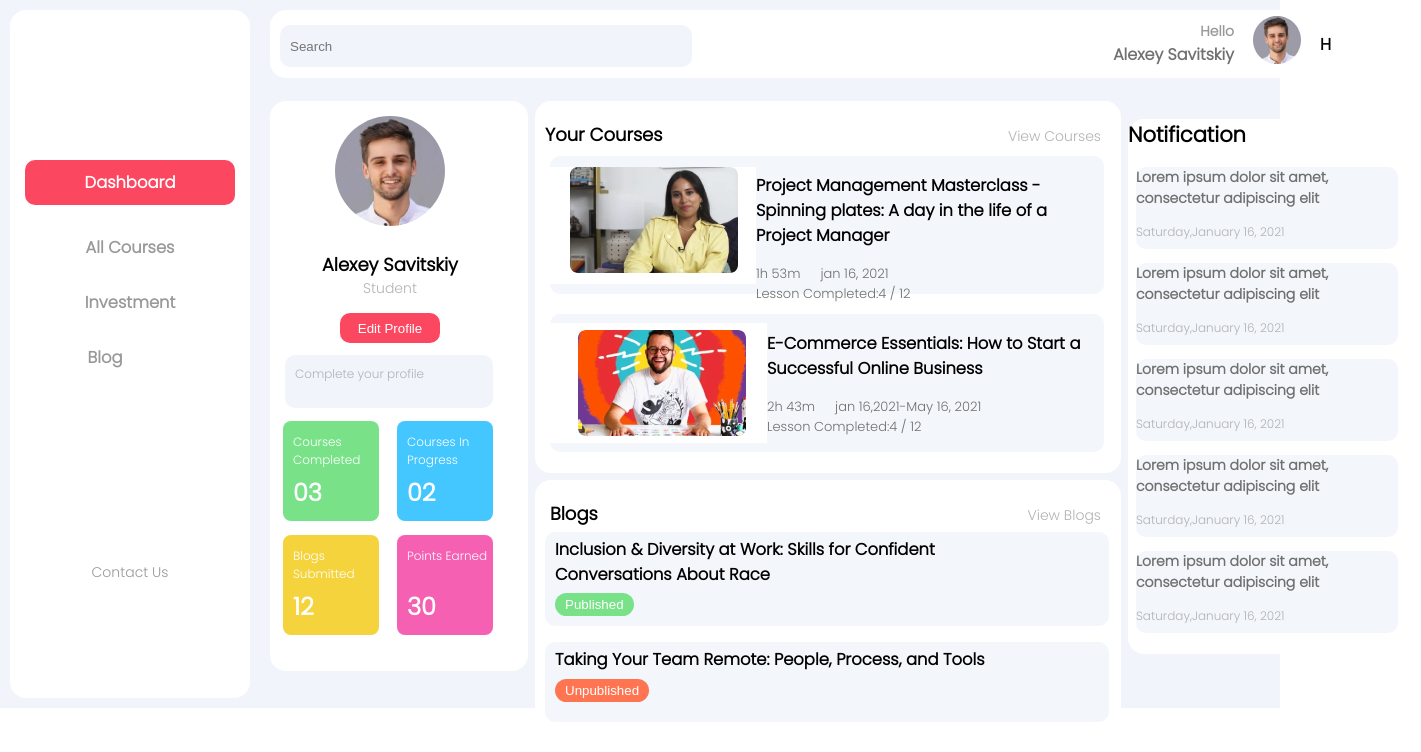
Repository: Anuruddha00/dashboard-design
Page: /
The author's editor kept a copy of each file at every save. The page is drawn from the files as they stood at one save, then again after the next save.
The browser window is 1280 px wide. The page is 1421 px wide, so the pictures cover 1421 px, including what lies to the right of the window. The pictures show the whole page.
The project was rebuilt for these pictures with package versions that can differ from the ones it lists, and the page was loaded fresh each time.

Above is the page before, as saved 2021-05-07 23:48:27.

### public/index.html
<!DOCTYPE html>
<html lang="en">
  <head>
    <meta charset="utf-8" />
    <link rel="icon" href="%PUBLIC_URL%/favicon.ico" />
    <meta name="viewport" content="width=device-width, initial-scale=1" />
    <meta name="theme-color" content="#000000" />
    <meta
      name="description"
      content="Web site created using create-react-app"
    />
    <link rel="apple-touch-icon" href="%PUBLIC_URL%/logo192.png" />

    <link rel="preconnect" href="https://fonts.gstatic.com">
    <link href="https://fonts.googleapis.com/css2?family=Poppins:wght@300&display=swap" rel="stylesheet">

    <!--
      manifest.json provides metadata used when your web app is installed on a
      user's mobile device or desktop. See https://developers.google.com/web/fundamentals/web-app-manifest/
    -->
    <link rel="manifest" href="%PUBLIC_URL%/manifest.json" />
    <!--
      Notice the use of %PUBLIC_URL% in the tags above.
      It will be replaced with the URL of the `public` folder during the build.
      Only files inside the `public` folder can be referenced from the HTML.

      Unlike "/favicon.ico" or "favicon.ico", "%PUBLIC_URL%/favicon.ico" will
      work correctly both with client-side routing and a non-root public URL.
      Learn how to configure a non-root public URL by running `npm run build`.
    -->
    <title>React App</title>
  </head>
  <body>
    <noscript>You need to enable JavaScript to run this app.</noscript>
    <div id="root"></div>
    <!--
      This HTML file is a template.
      If you open it directly in the browser, you will see an empty page.

      You can add webfonts, meta tags, or analytics to this file.
      The build step will place the bundled scripts into the <body> tag.

      To begin the development, run `npm start` or `yarn start`.
      To create a production bundle, use `npm run build` or `yarn build`.
    -->
  </body>
</html>

### src/index.js
import React from 'react';
import ReactDOM from 'react-dom';
import Dashboard from './containers/Dashboard/Dashboard';
import reportWebVitals from './reportWebVitals';

ReactDOM.render(
  <React.StrictMode>
    <Dashboard />
  </React.StrictMode>,
  document.getElementById('root')
);

// If you want to start measuring performance in your app, pass a function
// to log results (for example: reportWebVitals(console.log))
// or send to an analytics endpoint. Learn more: https://bit.ly/CRA-vitals
reportWebVitals();

### src/containers/Dashboard/Dashboard.scss

body{
    margin: 0;
    padding: 0;
    font-size: 0.875rem;
    font-family: 'Poppins', sans-serif;

}

.container{
    background: #f1f5fb;
    height: 100%;
    width: 100%;

    .dashboard{
        display: grid;
        grid-template-columns: 1fr 1fr;

        &SideBar{
            grid-column: 1;
            grid-row: 1 / 6;
            border-radius: 16px;
            background: #ffffff;
            margin: 10px;
            height: 688px;
            width: 240px;

            &Title{
                margin-top: 150px;
                font-size: 14px;

                &Dashboard{
                    background:#fc4760;
                    border-radius: 10px;
                    text-align: center;
                    padding: 10px 10px 10px 10px;
                    margin: 10px 15px 10px 15px;
                    color: #ffffff;

                }
                &Courses{
                    text-align: center;
                    margin-top: 30px;
                    color: #9a9999;
                }
                &Investment{
                    text-align: center;
                    margin-top: 30px;
                    color: #9a9999;
                }
                &Blog{
                    text-align: center;
                    margin-top: 30px;
                    margin-right: 50px;
                    color: #9a9999;
                }
            }
            &Contact{
                margin-top: 80%;

                p{
                    text-align: center;
                    color: #9a9999;
                    font-size: 14px;
                }

            }
        }
        &Menu{
            grid-column: 2;
            grid-row: 1 / 6;
            margin: 10px;

            .content{
                display: grid;
                grid-template-rows:1fr 7fr ;
                gap:10px;

                &Navbar{
                    display: flex;
                    justify-content: space-between;
                    background: #ffffff;
                    border-radius: 16px;
                    height: 68px;
                    width: 1151px;

                    &Search{

                        input{
                            background: #f1f5fb;
                            border-style: none;
                            padding-left: 10px;
                            width: 400px;
                            height: 40px;
                            margin: 15px 0 0 10px;
                            border-radius: 10px;

                        }
                    }
                    &Profile{
                        display: flex;
                        flex-direction: row;
                        gap: 1em;
                        margin-right: 90px;
                        align-items: center;
                        height: 68px;

                        &Name{
                            text-align: end;
                            margin-top: 0;

                            h3{
                                color: #9a9999;
                                margin: 0;
                                font-size: 14px;
                            }
                            h2{
                                margin: 0;
                                font-size: 16px;
                                color: #707070;
                            }
                        }
                    }
                }
                &Body{
                    display: grid;
                    grid-template-columns: 1fr 1fr 1fr;
                    position: relative;

                    .details{
                        border-radius: 16px;
                        background: #ffffff;


                        &About{
                            height:555px;
                            width: 240px;

                            &Profile{
                                text-align: center;
                                margin-top: 15px;


                                h3{
                                    font-size: 18px;
                                    margin: 0;
                                }
                                p{
                                    color: #b0b2b5;
                                    margin-top: 0;
                                }
                                button{
                                    border-style: none;
                                    border-radius: 10px;
                                    width: 100px;
                                    height: 30px;
                                    color: #ffffff;
                                    background: #fc4760;

                                }
                            }
                            &Complete{
                                background: #f1f5fb;
                                border-radius: 10px;
                                color: #b0b2b5;
                                height: 53px;
                                width: 208px;
                                font-size: 12px;
                                margin-left: 15px;

                                p{
                                    padding-left: 10px;
                                    padding-top: 10px;
                                }
                            }
                            &Progress{
                                display: grid;
                                grid-template-columns: 1fr 1fr;
                                margin: 13px;
                                gap: 1em;
                                color: #ffffff;

                                p{
                                    font-size: 12px;
                                    padding-left: 10px;
                                }


                                &Completed{
                                    background: #79e289;
                                    border-radius: 8px;
                                    width: 96px;
                                    height: 100px;
                                    position: relative;

                                    h1{
                                        font-size: 24px;
                                        position: absolute;
                                        left: 10px;
                                        top: 30px;
                                    }

                                }
                                &Continue{
                                    background:  #44c6ff;
                                    border-radius: 8px;
                                    width: 96px;
                                    height: 100px;
                                    position: relative;

                                    h1{
                                        font-size: 24px;
                                        position: absolute;
                                        left: 10px;
                                        top: 30px;
                                    }

                                }
                                &Blogs{
                                    background:  #f4d33d;
                                    border-radius: 8px;
                                    width: 96px;
                                    height: 100px;
                                    position: relative;

                                    h1{
                                        font-size: 24px;
                                        position: absolute;
                                        left: 10px;
                                        top: 30px;
                                    }
                                }
                                &Points{
                                    background: #f560b2;
                                    border-radius: 8px;
                                    width: 96px;
                                    height: 100px;
                                    position: relative;

                                    h1{
                                        font-size: 24px;
                                        position: absolute;
                                        left: 10px;
                                        top: 30px;
                                    }
                                }
                            }
                        }
                    }
                    .view{
                        margin-left: 7px;

                        .courses{
                            width: 586px;
                            height: 372px;
                            border-radius: 16px;
                            background: #ffffff;
                            position: relative;

                            &Navbar{
                                list-style: none;
                                display: flex;
                                justify-content: space-between;
                                height: 55px;

                                &Title{
                                    font-size: 18px;
                                    font-weight: bold;
                                    padding: 20px 0 0 10px;
                                }
                                &View{
                                    color: #b0b2b5;
                                    font-size: 14px;
                                    padding: 25px 20px;
                                }
                            }
                            &List{
                                padding: 0 5px 5px 5px;
                                display: flex;
                                flex-direction: column;

                                &Description{
                                    font-size: 14px;
                                }
                                &Duration{
                                    display: flex;
                                    list-style: none;
                                    font-size: 13px;
                                    color: #707070;

                                    li{
                                        margin-right: 20px;
                                    }
                                }

                                &Management{
                                    background: #f3f6fb;
                                    margin-left: 10px;
                                    border-radius: 10px;
                                    width: 554px;
                                    height: 138px;
                                    display: flex;
                                    flex-direction: row;
                                    position: relative;

                                    img{
                                        height: fit-content;
                                        width: fit-content;
                                        align-self: center;
                                    }

                                    p{
                                        margin: 0;
                                        color: #707070;
                                        font-size: 13px;
                                    }
                                }
                                &Business{
                                    background: #f3f6fb;
                                    margin-top: 20px;
                                    margin-left: 10px;
                                    border-radius: 10px;
                                    width: 554px;
                                    height: 138px;
                                    display: flex;
                                    flex-direction: row;
                                    position: relative;

                                    img{
                                        height: fit-content;
                                        width: fit-content;
                                        align-self: center;
                                    }
                                    &Duration{
                                        display: flex;
                                        list-style: none;
                                        font-size: 13px;
                                        color: #707070;

                                        li{
                                            margin-right: 20px;
                                        }
                                    }
                                    p{
                                        margin: 0;
                                        color: #707070;
                                        font-size: 13px;
                                    }
                                }
                            }
                        }
                        .blog{
                            width: 586px;
                            height: 272px;
                            border-radius: 16px;
                            background: #ffffff;
                            margin-top: 7px;
                            position: absolute;

                            &Navbar{
                                list-style: none;
                                display: flex;
                                justify-content: space-between;
                                height: 35px;

                                &Title{
                                    font-size: 18px;
                                    font-weight: bold;
                                    padding: 20px 0 0 15px;
                                }
                                &View{
                                    color: #b0b2b5;
                                    font-size: 14px;
                                    padding: 25px 20px;
                                }
                            }
                            &Content{
                                margin-left: 10px;

                                &Published{
                                    width: 554px;
                                    height: 94px;
                                    background: #f3f6fb;
                                    border-radius: 10px;
                                    padding-left: 10px;
                                    font-size: 14px;
                                    position: relative;

                                    h3{
                                        padding-top: 5px
                                    }
                                    button{
                                        position: absolute;
                                        bottom: 10px;
                                        background: #79e289;
                                        color: #ffffff;
                                        border-radius: 12px;
                                        border-style: none;
                                        padding: 4px 10px 4px 10px;
                                        cursor: pointer;

                                    }
                                }
                                &Unpublished{
                                    width: 554px;
                                    height: 80px;
                                    background: #f3f6fb;
                                    border-radius: 10px;
                                    padding-left: 10px;
                                    font-size: 14px;

                                    h3{
                                        padding-top: 5px
                                    }
                                    button{
                                        position: absolute;
                                        bottom: 50px;
                                        background: #ff7552;
                                        color: #ffffff;
                                        border-radius: 12px;
                                        border-style: none;
                                        padding: 4px 10px 4px 10px;
                                        cursor: pointer;

                                    }
                                }
                            }
                        }
                    }
                    .notification{
                        margin-left: 7px;

                        &Segment{
                            width: 293px;
                            height: 535px;
                            background: #ffffff;
                            border-radius: 16px;

                            &Navbar{

                            }

                            h3{
                                font-size: 14px;
                                color: #707070;
                            }
                            p{
                                font-size: 12px;
                                color: #b0b2b5;
                            }
                            &Paragraph{
                                width: 262px;
                                height: 82px;
                                border-radius: 10px;
                                background: #f3f6fb;
                                margin: 8px;
                            }
                        }
                    }
                }
            }
        }
    }
}

Loaded but not shown: src/reportWebVitals.js (common file); src/containers/Dashboard/Dashboard.js (156 lines, source omitted)

After the next save:
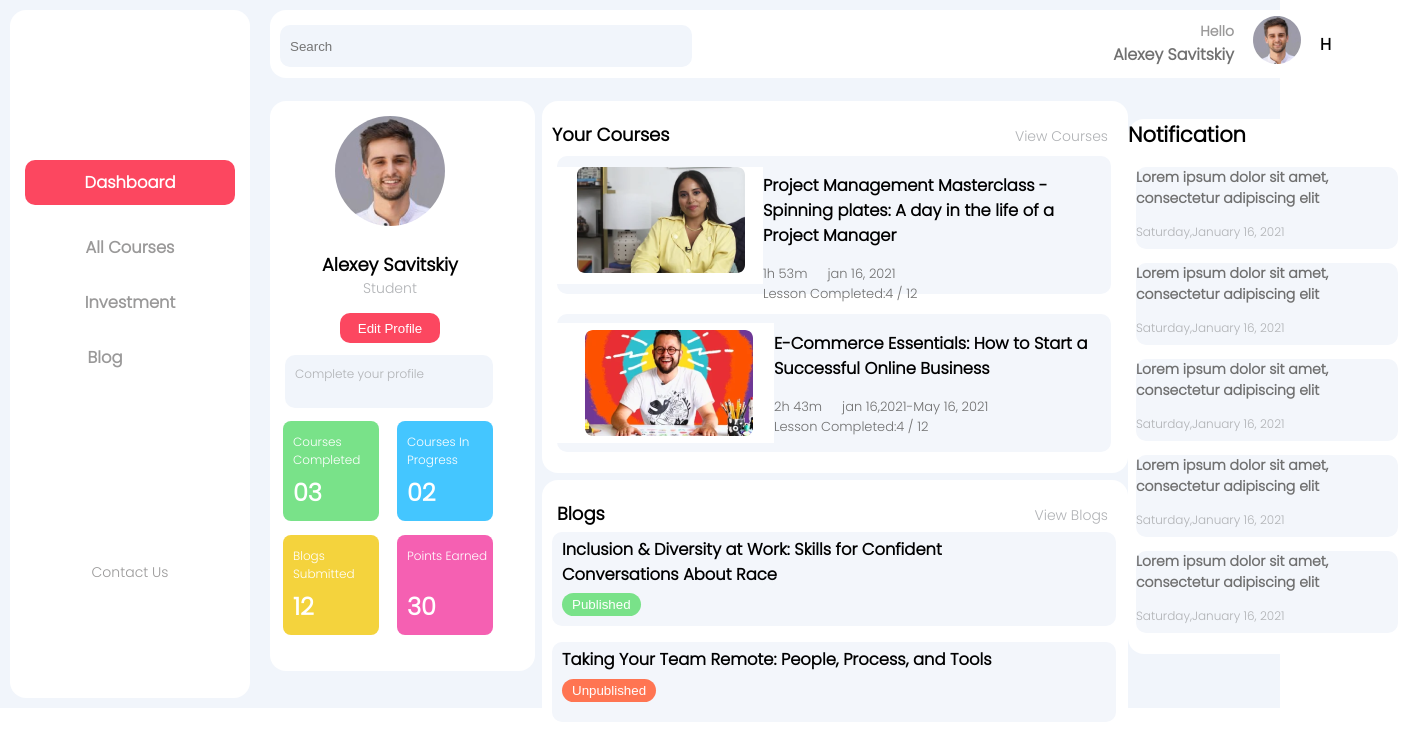
Saved 16 s later.
--- a/src/containers/Dashboard/Dashboard.scss
+++ b/src/containers/Dashboard/Dashboard.scss
@@ -428,7 +428,7 @@ body{
                         }
                     }
                     .notification{
-                        margin-left: 7px;
+
 
                         &Segment{
                             width: 293px;

After the save that followed:
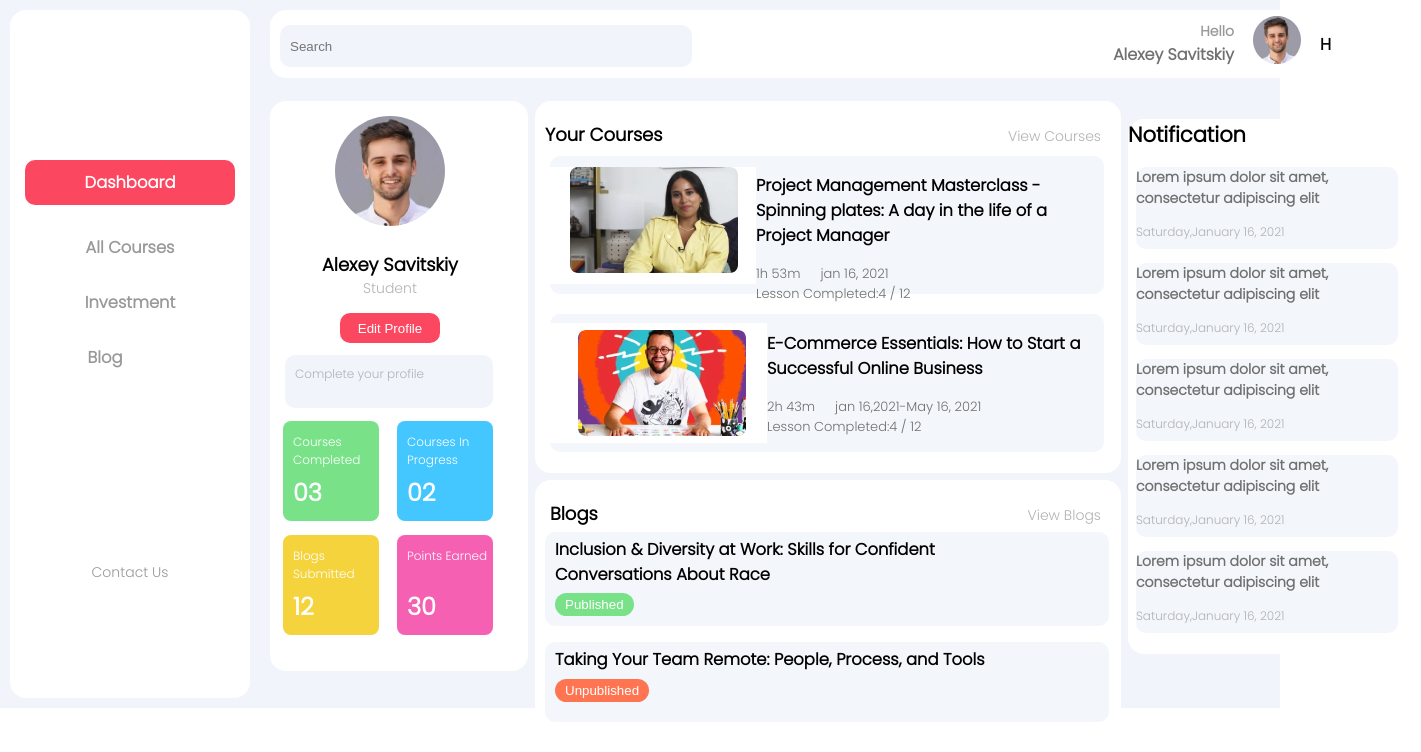
Saved 8 s later.
--- a/src/containers/Dashboard/Dashboard.scss
+++ b/src/containers/Dashboard/Dashboard.scss
@@ -428,7 +428,7 @@ body{
                         }
                     }
                     .notification{
-
+                        margin-left: 7px;
 
                         &Segment{
                             width: 293px;
